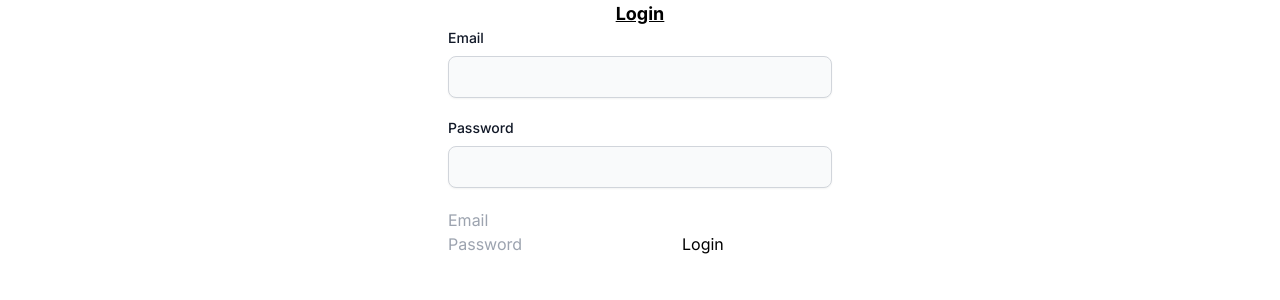
Repository: fatimash2123/next-todo
Page: /login
The author's editor kept a copy of each file at every save. The page is drawn from the files as they stood at one save, then again after the next save.
The browser window is 1280 px wide. The pictures show the whole page.
The project was rebuilt for these pictures with package versions that can differ from the ones it lists, and the page was loaded fresh each time. The framework's server and built-in components were replaced by stand-ins that run in the browser. Also part of the build but not shown: next.config.mjs.

Above is the page before, as saved 2024-02-14 10:29:10.

### app/login/page.tsx
import Input from "@/components/Input";
import Button from "@/components/Button";
import MainHeading from "@/components/MainHeading";
import LoginForm from "@/components/LoginForm";
export default function Register() {
  return (
    <>
      <MainHeading title={"Login"} />
      <LoginForm />
    </>
  );
}

### components/MainHeading.tsx
interface MainHeadingProps {
  title: string;
}

export default function ({ title }: MainHeadingProps) {
  return (
    <h1 className="font-bold text-lg text-center text-3xl underline">
      {title}
    </h1>
  );
}

### components/LoginForm.tsx
"use-client";
import Input from "./Input";
import Button from "./Button";
import login from "@/store/authentication/login";
import { FormEvent } from "react";
export default function LoginForm() {
  return (
    <form className="max-w-sm mx-auto" action={login}>
      <Input title={"Email"} type={"email"} name={"email"} />
      <Input title={"Password"} type={"password"} name={"password"} />
      <input type="email" name="email" placeholder="Email" required />
      <input type="password" name="password" placeholder="Password" required />
      <button type="submit">Login</button>
      {/* <Button title={"Login"} handleOnClick={login} /> */}
    </form>
  );
}

### components/Input.tsx
import { forwardRef } from "react";

interface InputProps {
  title: string;
  type: string;
  name: string;
}
const Input = function ({ title, type, name }: InputProps) {
  return (
    <div className="mb-5">
      <label
        htmlFor={name}
        className="block mb-2 text-sm font-medium text-gray-900 dark:text-white"
      >
        {title}
      </label>
      <input
        type={type}
        name={name}
        id={name}
        // ref={ref}
        className="shadow-sm bg-gray-50 border border-gray-300 text-gray-900 text-sm rounded-lg focus:ring-blue-500 focus:border-blue-500 block w-full p-2.5 dark:bg-gray-700 dark:border-gray-600 dark:placeholder-gray-400 dark:text-white dark:focus:ring-blue-500 dark:focus:border-blue-500 dark:shadow-sm-light"
      />
    </div>
  );
};
export default Input;

### store/authentication/login.tsx
"use server";
interface LoginUser {
  email: string;
  password: string;
}
async function login(formData: FormData) {
  console.log(formData);
  //   const body = JSON.stringify({
  //     email,
  //     password,
  //   });
  //   try {
  //     const data = await fetch("http://localhost:3001/api/auth/login", {
  //       method: "POST",
  //       body: body,
  //     });
  //     console.log("login pressed response");
  //     console.log("response got back=", await data.json());
  //   } catch (err) {
  //     console.log(err);
  //   }
}

// export async function authenticate({ email, password }: LoginUser) {
//   try {
//     var formData = new FormData();
//     formData.append("email", email);
//     formData.append("phone", password);
//     await login("credentials", formData);
//   } catch (error) {
//     if (error) {
//       switch (error.type) {
//         case "CredentialsSignin":
//           return "Invalid credentials.";
//         default:
//           return "Something went wrong.";
//       }
//     }
//     throw error;
//   }
// }

export default login;

### tailwind.config.js
/** @type {import('tailwindcss').Config} */
module.exports = {
  content: [
    "./app/**/*.{js,ts,jsx,tsx,mdx}",
    "./components/**/*.{js,ts,jsx,tsx,mdx}",
  ],
  theme: {
    extend: {},
  },
  plugins: [],
}

Loaded but not shown: app/layout.tsx (common file); app/globals.css (common file)

After the next save:
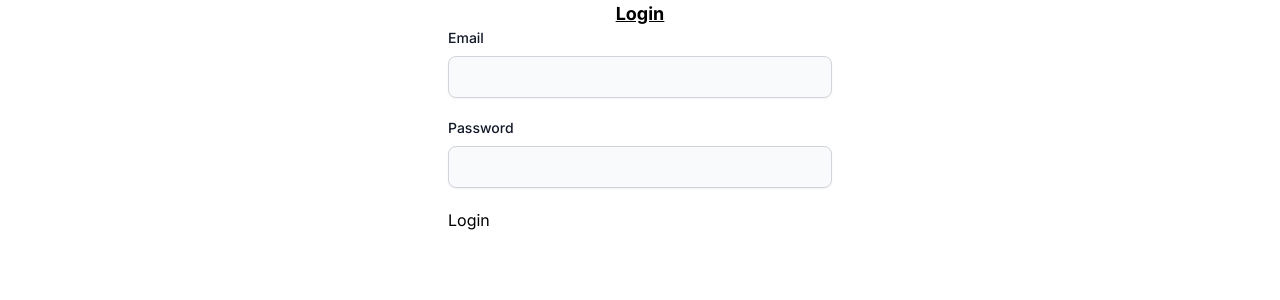
Saved 4 s later.
--- a/components/LoginForm.tsx
+++ b/components/LoginForm.tsx
@@ -8,8 +8,6 @@ export default function LoginForm() {
     <form className="max-w-sm mx-auto" action={login}>
       <Input title={"Email"} type={"email"} name={"email"} />
       <Input title={"Password"} type={"password"} name={"password"} />
-      <input type="email" name="email" placeholder="Email" required />
-      <input type="password" name="password" placeholder="Password" required />
       <button type="submit">Login</button>
       {/* <Button title={"Login"} handleOnClick={login} /> */}
     </form>
